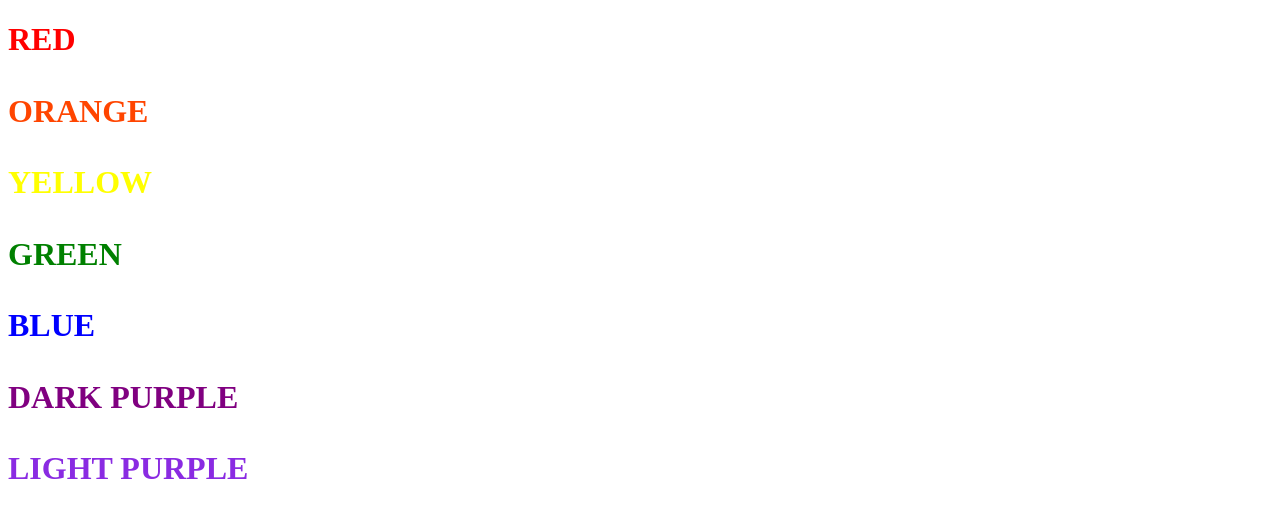
Repository: W3asl3y/IWA-challenges
Page: Interactive Rainbow Challenge/index.html
The author's editor kept a copy of each file at every save. The page is drawn from the files as they stood at one save, then again after a run of saves.
The browser window is 1280 px wide. The pictures show the whole page.
After loading, the first visible `#darkPurpleBg` was clicked once.

Above is the page before, as saved 2023-02-01 09:01:05.
Console error: TypeError: Cannot read properties of null (reading 'style')

### Interactive Rainbow Challenge/index.html
<!DOCTYPE html>

<html>
    <head>
        <meta charset="utf-8">
        <meta http-equiv="X-UA-Compatible" content="IE=edge">
        <title></title>
        <meta name="description" content="">
        <meta name="viewport" content="width=device-width, initial-scale=1">
        <link rel="stylesheet" href="css/stylesheet.css">
    </head>
    <body>
        <div class="container" id="redBg" onclick="redDiv()">
            <h1 style="color: #ff0000;">
                RED
            </h1>

        </div>

        <div class="container" id="orangeBg"  onclick="orangeDiv()">
            <h1 style="color: #ff4500;">
                ORANGE
            </h1>

        </div>

        <div class="container" id="yellowBg" onclick="yellowDiv()">
            <h1 style="color: #ffff00;">
                YELLOW
            </h1>

        </div>

        <div class="container" id="greenBg" onclick="greenDiv()">
            <h1 style="color: #008000;">
                GREEN
            </h1>

        </div>

        <div class="container" id="blueBg" onclick="blueDiv()">
            <h1 style="color: #0000ff;">
                BLUE
            </h1>

        </div>

        <div class="container" id="darkPurpleBg" onclick="darkPurpleDiv()">
            <h1 style="color: #800080;">
                DARK PURPLE
            </h1>

        </div>

        <div class="container" id="lightPurpleBg" onclick="lightPurpleDiv()">
            <h1 style="color: #8a2be2;">
                LIGHT PURPLE
            </h1>

        </div>

        <script src="javascript/script.js"></script>
    </body>
</html>

### Interactive Rainbow Challenge/css/stylesheet.css
.container {
    width: 100%;
    height: 50px;
    align-items: center;
    justify-content: center;
    background: #ffffff;

}

### Interactive Rainbow Challenge/javascript/script.js
function redDiv(){
    let e = document.getElementById("redBg");
    let c = window.getComputedStyle(e).backgroundColor;
    if (c === "rgb(255, 255, 255)") {
        document.getElementById("redBg").style.background = "#ff0000";
    }
    else{
        document.getElementById("redBg").style.background = "#ffffff";
    }

    }

function orangeDiv(){
    let e = document.getElementById("orangeBg");
    let c = window.getComputedStyle(e).backgroundColor;
    if (c === "rgb(255, 255, 255)") {
        document.getElementById("orangeBg").style.background = "#ff4500";
    }
    else{
        document.getElementById("orangeBg").style.background = "#ffffff";
    }

    }

function yellowDiv(){
    let e = document.getElementById("yellowBg");
    let c = window.getComputedStyle(e).backgroundColor;
    if (c === "rgb(255, 255, 255)") {
        document.getElementById("yellowBg").style.background = "#ffff00";
    }
    else{
        document.getElementById("yellowBg").style.background = "#ffffff";
    }
    }

function greenDiv(){
    let e = document.getElementById("greenBg");
    let c = window.getComputedStyle(e).backgroundColor;
    if (c === "rgb(255, 255, 255)") {
        document.getElementById("greenBg").style.background = "#008000";
    }
    else{
        document.getElementById("greenBg").style.background = "#ffffff";
    }

    }

function blueDiv(){
    let e = document.getElementById("blueBg");
    let c = window.getComputedStyle(e).backgroundColor;
    if (c === "rgb(255, 255, 255)") {
        document.getElementById("blueBg").style.background = "0000ff";
    }
    else{
        document.getElementById("blueBg").style.background = "#ffffff";
    }

    }

function darkPurpleDiv(){
    let e = document.getElementById("darkPurpleBg");
    let c = window.getComputedStyle(e).backgroundColor;
    if (c === "rgb(255, 255, 255)") {
        document.getElementById("purpleBg").style.background = "#800080";
    }
    else{
        document.getElementById("purpleBg").style.background = "#ffffff";
    }

    }

function lightPurpleDiv(){
    let e = document.getElementById("lightPurpleBg");
    let c = window.getComputedStyle(e).backgroundColor;
    if (c === "rgb(255, 255, 255)") {
        document.getElementById("lightPurpleBg").style.background = "#8a2be2";
    }
    else{
        document.getElementById("lightPurpleBg").style.background = "#ffffff";
    }

    }

       /* change the color of a div by clicking on text inside div */
    //var colorDiv = document.createElement('div');
    //colorDiv.style.width = '100px';
    //colorDiv.style.height = '100px';
    //colorDiv.style.backgroundColor = 'red';
    //document.body.appendChild(colorDiv);
    //var colorDivText = document.createElement('div');
    //colorDivText.innerHTML = 'Click me to change the color of the box';
    //colorDiv.appendChild(colorDivText);
    //colorDiv.addEventListener('click', function() {
    //colorDiv.style.backgroundColor = 'blue';
//});

After the next 2 saves:
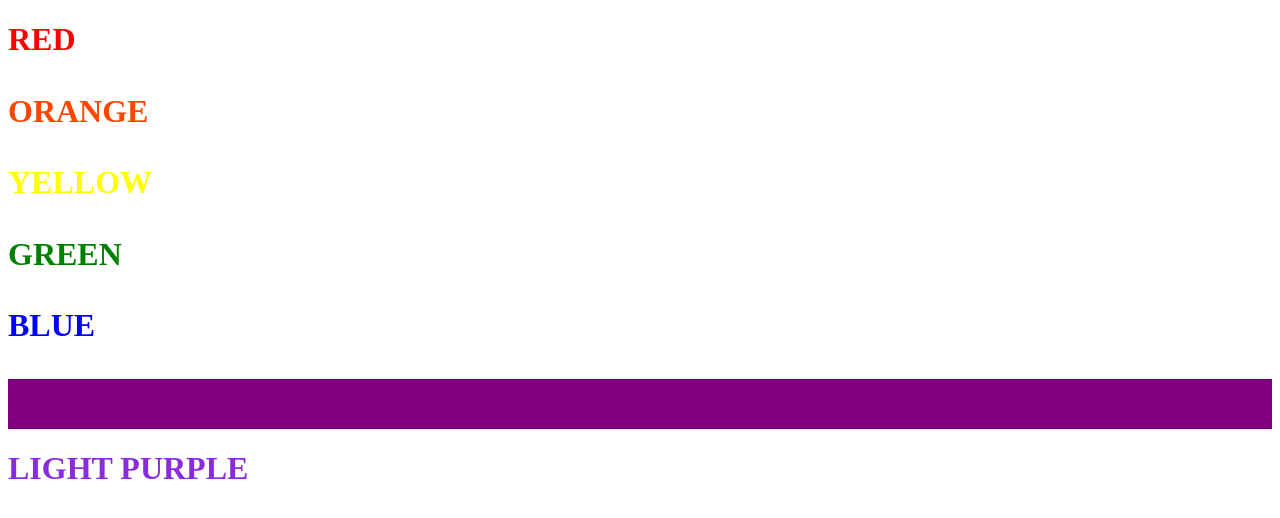
The error is gone.
The 2 saves are shown as one change because they came seconds apart.
The last was saved 29 s later.
--- a/Interactive Rainbow Challenge/javascript/script.js
+++ b/Interactive Rainbow Challenge/javascript/script.js
@@ -61,7 +61,7 @@ function darkPurpleDiv(){
     let e = document.getElementById("darkPurpleBg");
     let c = window.getComputedStyle(e).backgroundColor;
     if (c === "rgb(255, 255, 255)") {
-        document.getElementById("purpleBg").style.background = "#800080";
+        document.getElementById("darkPurpleBg").style.background = "#800080";
     }
     else{
         document.getElementById("purpleBg").style.background = "#ffffff";
